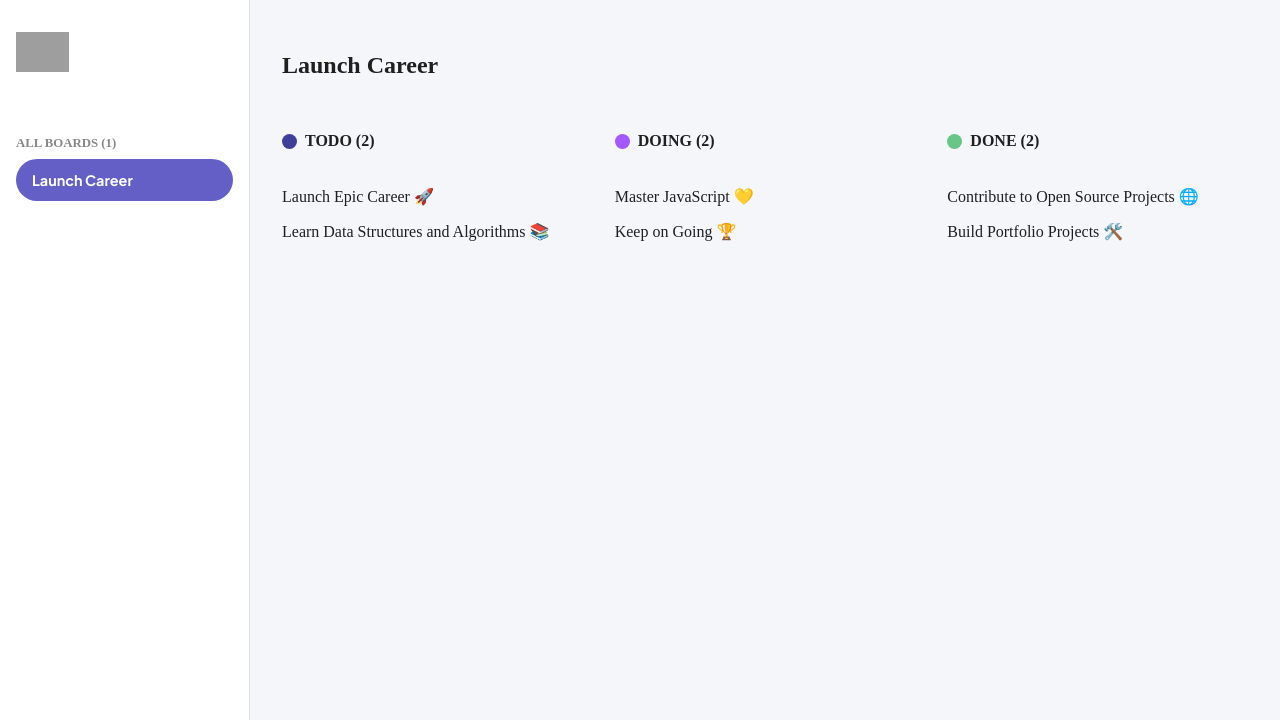
Repository: andajonas/ANDJON25111_fto2502_A2_Anda_Jonas_JSL01
Page: index.html
The author's editor kept a copy of each file at every save. The page is drawn from the files as they stood at one save, then again after the next save.
The browser window is 1280 px wide. The pictures show the whole page.
Pictures or frames that could not be fetched are drawn as grey boxes.

Above is the page before, as saved 2025-04-25 18:29:12.

After the next save:
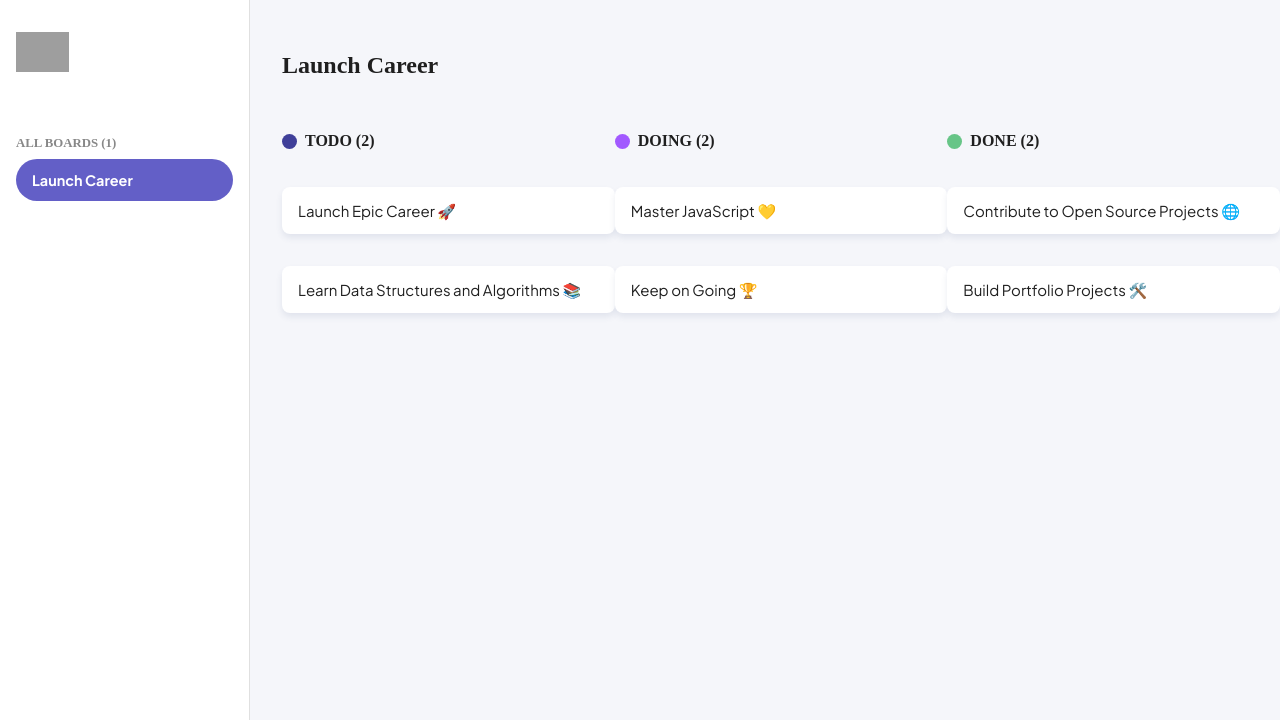
Saved 11 s later.
--- a/style.css
+++ b/style.css
@@ -110,6 +110,20 @@ body {
     gap: 1rem;
   }
 
+  .card {
+    font-family: 'Plus Jakarta Sans', sans-serif;
+    font-weight: 500; /* lighter weight */
+    font-size: 15px;
+    line-height: 1;
+    padding: 1rem; /* Default for desktop */
+    background-color: white;
+    border-radius: 8px;
+    box-shadow: 0px 4px 6px rgba(54, 78, 126, 0.1);
+    margin-bottom: 1rem;
+    width: 100%;
+    max-width: 301px;
+  }
+
 
 
   /* Mobile Responsive Styles */
